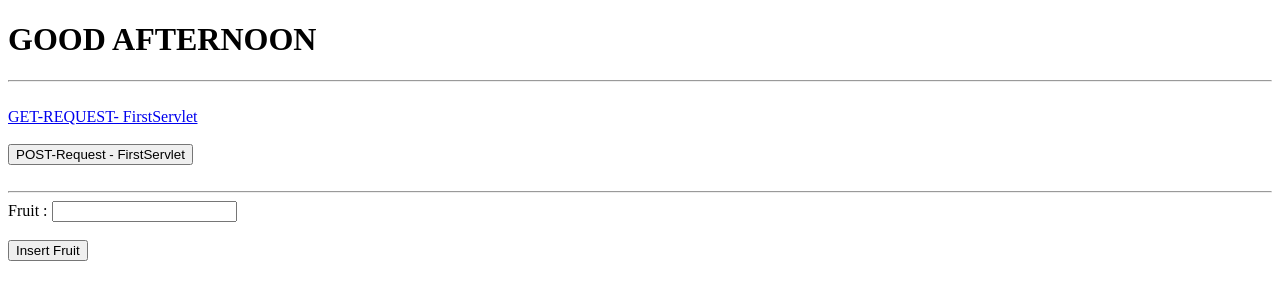
Repository: sunbeam-modular/IIT-08-B-Java
Page: Day06/codes/day1/secondapp/src/main/webapp/index.html
These files come from the project's save history. The page is drawn as it stood at one moment and after the next save; the edit follows.
The browser window is 1280 px wide. The pictures show the whole page.

Above is the page before, as saved 2025-12-22 10:16:19.

After the next save:
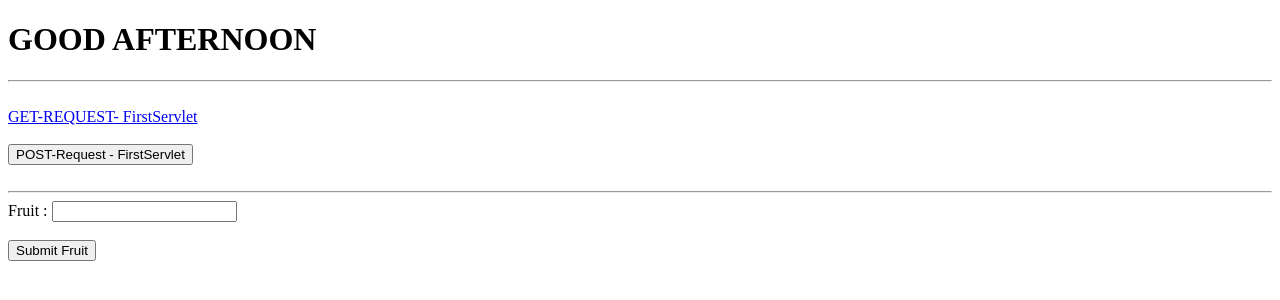
Saved 58 s later.
--- a/Day06/codes/day1/secondapp/src/main/webapp/index.html
+++ b/Day06/codes/day1/secondapp/src/main/webapp/index.html
@@ -23,7 +23,7 @@
 <div>
 <form method = "get" action = "second">
 Fruit : <input type = "text" name = "fruit"/><br><br/>
-<input type = "submit" value = "Insert Fruit"/>
+<input type = "submit" value = "Submit Fruit"/>
 </form>
 </div>
 </body>
